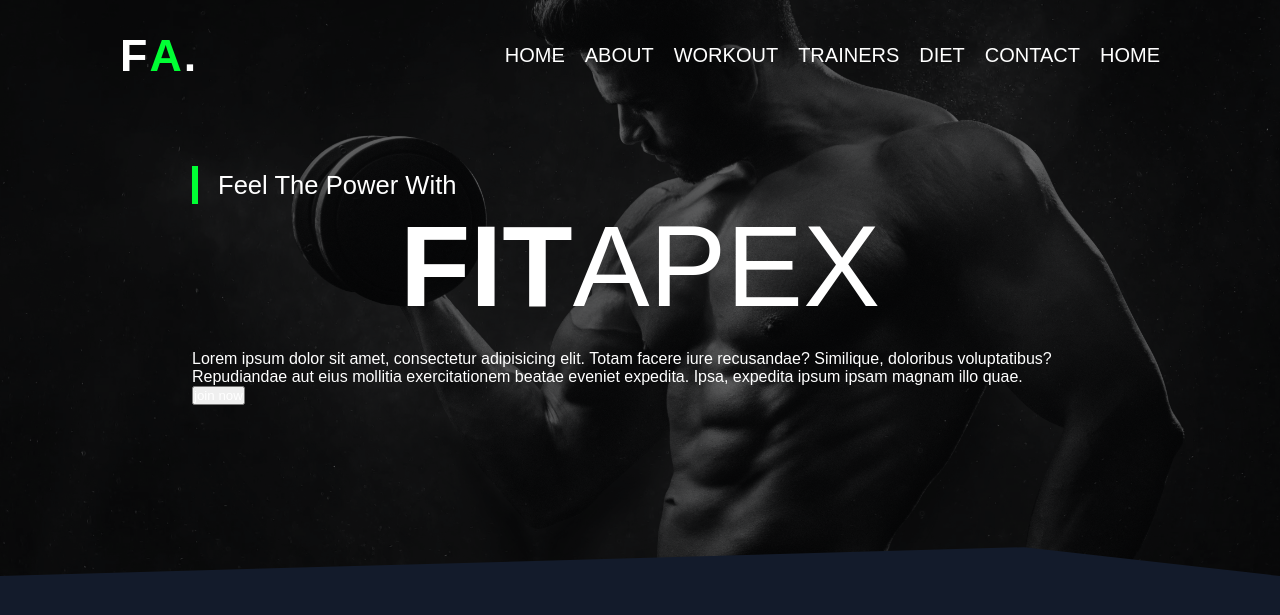
Repository: guilhermecardoso93/fitapex
Page: index.html
An editor plug-in stored every save of this project. The page is shown before and after the next save, followed by the edit.
The browser window is 1280 px wide. The pictures show the whole page.

Above is the page before, as saved 2023-03-05 20:49:46.

After the next save:
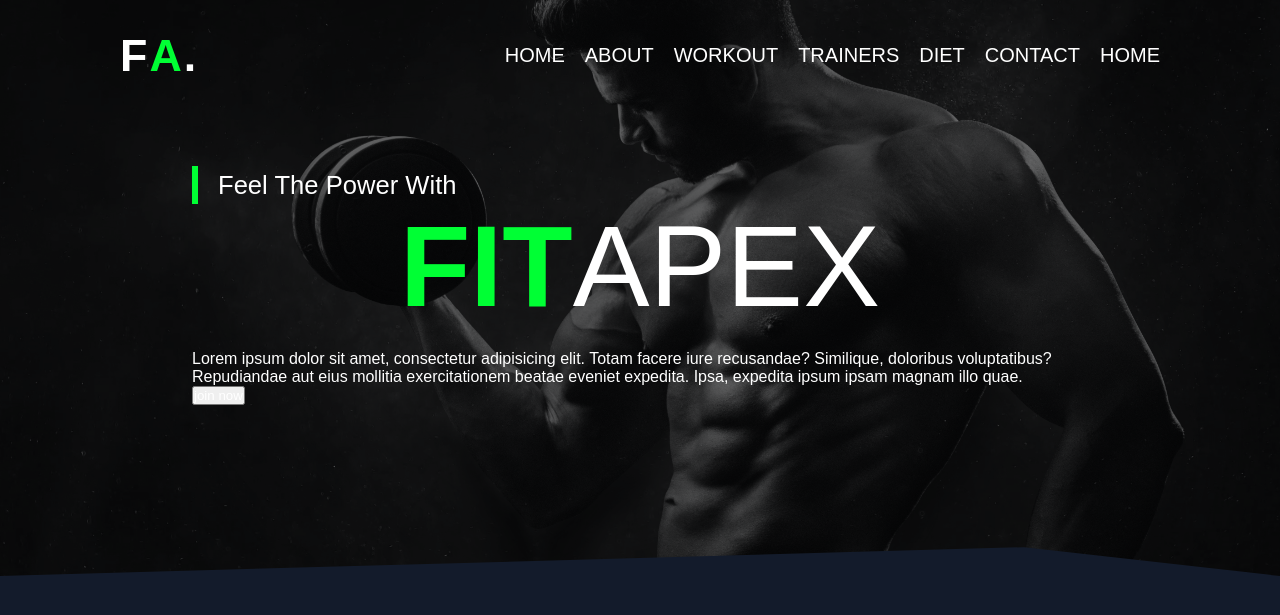
Saved 4 min 33 s later.
--- a/css/_home.css
+++ b/css/_home.css
@@ -37,3 +37,9 @@
   text-align: center;
   font-weight: normal;
 }
+
+.highlights b {
+  color: var(--prime);
+  font-weight: 800;
+  font-family: sans-serif;
+}
